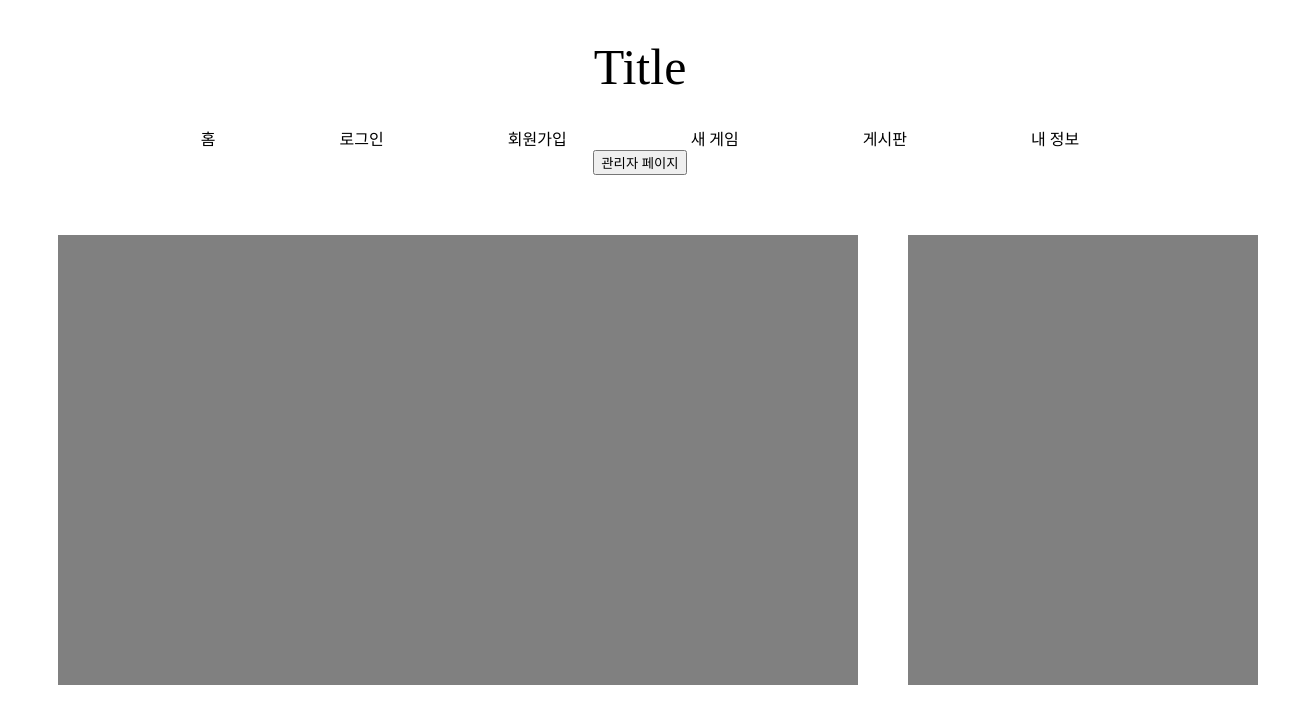
Repository: jemin7709/InP_Final
Page: 기말프로젝트/WebContent/main(unlogin).html
The author's editor kept a copy of each file at every save. The page is drawn from the files as they stood at one save, then again after the next save.
The browser window is 1280 px wide. The page is 1308 px wide, so the pictures cover 1308 px, including what lies to the right of the window. The pictures show the whole page.

Above is the page before, as saved 2021-05-19 14:27:58.

After the next save:
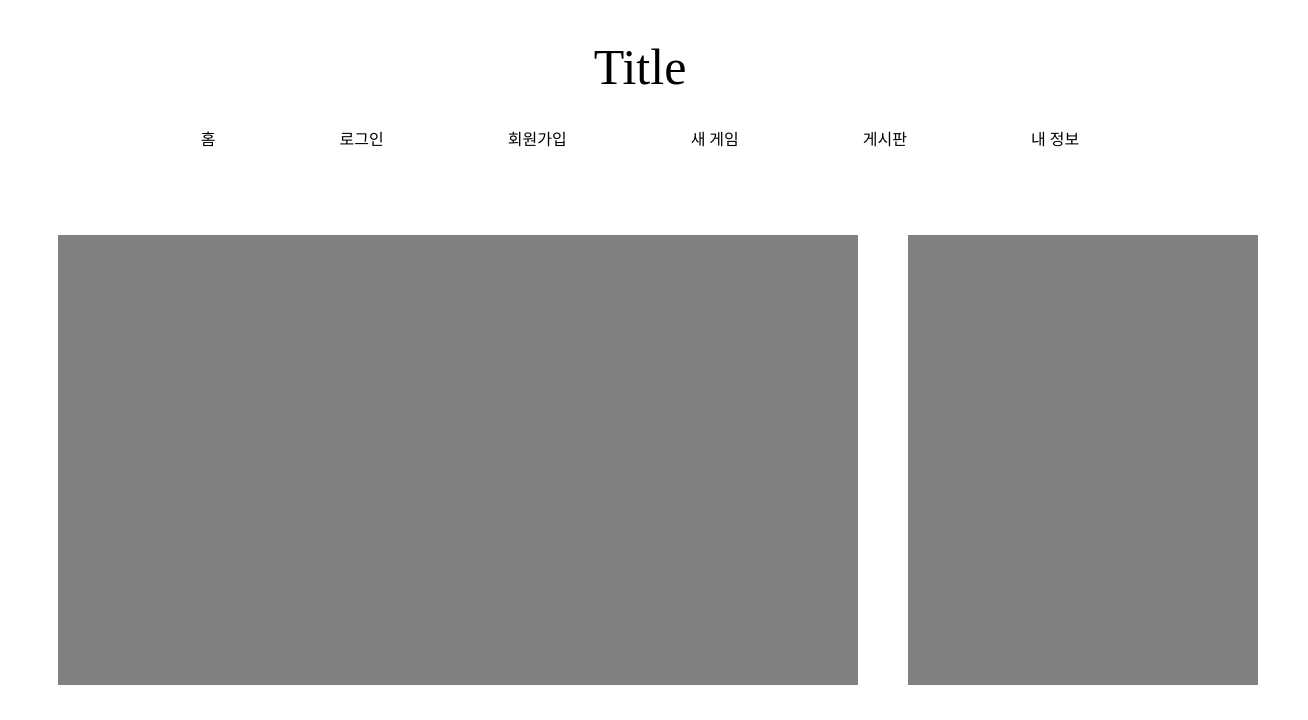
Saved 80 s later.
--- a/기말프로젝트/WebContent/main.css
+++ b/기말프로젝트/WebContent/main.css
@@ -34,6 +34,13 @@ body{
 #menuber>li>a{
 	font-size: 10;
 }
+#admin{
+	position: relative;
+	top: 5px;
+	right: 1100px;
+
+}
+
 
 #mainpage{
     width: 1200px;
